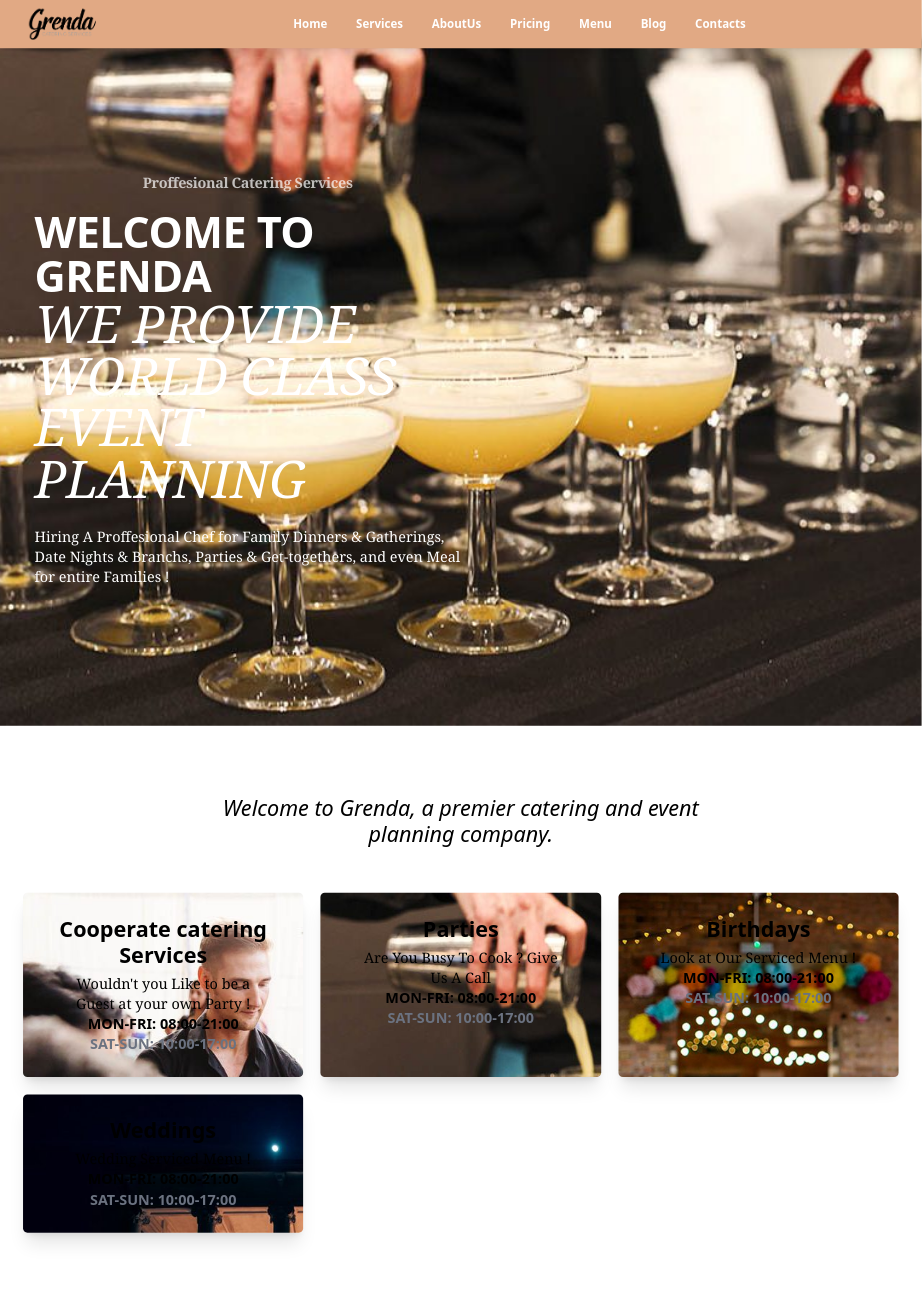
Repository: remydev47/grandes-events
Page: /
The author's editor kept a copy of each file at every save. The page is drawn from the files as they stood at one save, then again after the next save.
The browser window is 1280 px wide. The pictures show the whole page, at 72% of full size.
The project was rebuilt for these pictures with package versions that can differ from the ones it lists, and the page was loaded fresh each time. Also part of the build but not shown: vite.config.js.

Above is the page before, as saved 2023-02-08 15:39:24.

### index.html
<!DOCTYPE html>
<html lang="en">
  <head>
    <meta charset="UTF-8" />
    <link rel="icon" type="image/svg+xml" href="/vite.svg" />
    <meta name="viewport" content="width=device-width, initial-scale=1.0" />
    <title>Grendas</title>
  </head>
  <body>
    <div id="root"></div>
    <script type="module" src="/src/main.jsx"></script>
  </body>
</html>

### src/App.jsx
import { useState } from 'react'
import reactLogo from './assets/react.svg'
import Hero from './components/Hero'
import Navbar from './components/Navbar'
import Services from './components/Services'

function App() {
  const [count, setCount] = useState(0)

  return (
   <div>
      <Navbar />
      <Hero />
      <Services />
   </div>
  )
}

export default App

### src/index.css
@import url("https://fonts.googleapis.com/css2?family=Epilogue:wght@400;500;600;700&display=swap");

@tailwind base;
@tailwind components;
@tailwind utilities;

### src/components/Hero.jsx
import React from 'react'
import { hero } from '../assets'

const Hero = () => {
  return (
    <section className='relative pt-48 pb-12 xl:pt-60 sm:pb-16 lg:pb-32 xl:pb-48 2xl:pb-56'>
    <div className="absolute inset-0">
     <img className="object-cover w-full h-full" src={hero} alt="" />
    </div>
   <div className='relative'>
    <div className="px-6 mx-auto sm:px-8 lg:px-12 max-w-7xl">
      <div className="w-full lg:w-2/3 xl:w-1/2">
        <h1 className="font-serif text-xl font-bold tracking-tight text-white text-opacity-70 text-center">Proffesional Catering Services</h1>
        <p className="mt-6 tracking-tighter text-[#FFF]">
          <span className="font-sans font-bold text-6xl">WELCOME TO GRENDA </span><br />
          <span className="font-serif italic font-BOLD text-7xl">WE PROVIDE WORLD CLASS EVENT PLANNING</span>
        </p>
        <p className="mt-8 font-erif text-xl font-serif text-[#fff]">
          Hiring A Proffesional Chef for Family Dinners & Gatherings, Date Nights & Branchs, Parties & Get-togethers, and even Meal for entire Families !
        </p>
      </div>
    </div>
   </div>
  </section>
  )
}

export default Hero

### src/components/Navbar.jsx
import React from 'react'
import { navLinks } from '../constants'
import Menupopover from './Menupopover'
import { logo } from '../assets'

const Navbar = () => {
  return (
    <header className="fixed inset-x-0 bg-[#e1a984] z-20 flex justify-between items-center py-2 px-2 shadow-lg dark:bg-slate-900 sm:py-3 sm:px-8">
      <div className='flex grow-0 basis-1/3 md:hidden'>
        <Menupopover />
      </div>

     <div className='flex grow-0 ml-2 justify-center md:justify-start'>
       <img src={logo} alt='user' className='w-[60%] h-[60%] object-contain' />
     </div>


     <ul className="list-none sm:flex hidden justify-center items-center flex-1">
     {navLinks.map((nav, index) => (
        <li
        key={nav.id}
        className={`font-bold cursor-pointer text-[16px
           ${index === navLinks.length - 1 ? 'mr-0' : 'mr-10'}
          text-white `}
        >
            <a>{nav.title}</a>
        </li>
      ))}
      </ul>

    </header>
  )
}

export default Navbar

### src/components/Services.jsx
import React from 'react'


const services =[
  {
    image:"",
    name:'',

  },
  {
    image:"",
    name:'',

  },
  {
    image:"",
    name:'',

  },
  {
    image:"",
    name:'',

  },
]

const Services = () => {
  return (
    <section className={` sm:py-16 lg:py-24`}>
      <div className="px-4 mx-auto max-w-7xl sm:px-6 lg:px-8">
       <div className="max-w-2xl mx-auto text-center">
         <h2 className="text-xl font-normal italic leading-tight text-black lg:text-3xl">
          Welcome to Grenda, a premier catering and event planning company.
         </h2>
       </div>

       <div className="grid max-w-md grid-cols-1 gap-6 mx-auto mt-8 text-center lg:max-w-full lg:mt-16 lg:grid-cols-3">

        <div className="overflow-hidden bg-[url('./src/assets/service1.jpeg')] shadow-xl border-gray-300 rounded-md">
          <div className="p-8 xl:px-12 flex flex-col items-center justify-center">
             <div className='flex flex-col'>
               <h1 className='text-3xl font-semibold text-black'>Cooperate catering Services</h1>
             </div>
             <h2 className='font-normal text-xl font-serif text-black text-center mt-2'>
               Wouldn't you Like to be a Guest at your own Party !
             </h2>
             <p className='text-xl text-black text-center font-bold'>
               MON-FRI: 08:00-21:00
             </p>
             <p className='text-xl text-gray-500 text-center font-bold'>
               SAT-SUN: 10:00-17:00
             </p>
          </div>
        </div>

        <div className="overflow-hidden bg-[url('./src/assets/hero.jpeg')] shadow-xl border-gray-300 rounded-md">
          <div className="p-8 xl:px-12 flex flex-col items-center justify-center">
             <div className='flex flex-col'>
               <h1 className='text-3xl font-semibold text-black'>Parties</h1>
             </div>
             <h2 className='font-normal text-xl font-serif text-black text-center mt-2'>
               Are You Busy To Cook ? Give Us A Call
             </h2>
             <p className='text-xl text-black text-center font-bold'>
               MON-FRI: 08:00-21:00
             </p>
             <p className='text-xl text-gray-500 text-center font-bold'>
               SAT-SUN: 10:00-17:00
             </p>
          </div>
        </div>

        <div className="overflow-hidden bg-[url('./src/assets/service3.jpeg')] shadow-xl border-gray-300 rounded-md">
          <div className="p-8 xl:px-12 flex flex-col items-center justify-center">
             <div className='flex flex-col'>
               <h1 className='text-3xl font-semibold text-black'>Birthdays</h1>
             </div>
             <h2 className='font-normal text-xl font-serif text-black text-center mt-2'>
               Look at Our Serviced Menu !
             </h2>
             <p className='text-xl text-black text-center font-bold'>
               MON-FRI: 08:00-21:00
             </p>
             <p className='text-xl text-gray-500 text-center font-bold'>
               SAT-SUN: 10:00-17:00
             </p>
          </div>
        </div>

        <div className="overflow-hidden bg-[url('./src/assets/service2.jpeg')] shadow-xl border-gray-300 rounded-md">
          <div className="p-8 xl:px-12 flex flex-col items-center justify-center">
             <div className='flex flex-col'>
               <h1 className='text-3xl font-semibold text-black'>Weddings</h1>
             </div>
             <h2 className='font-normal text-xl font-serif text-black text-center mt-2'>
               Wedding Serviced Menu !
             </h2>
             <p className='text-xl text-black text-center font-bold'>
               MON-FRI: 08:00-21:00
             </p>
             <p className='text-xl text-gray-500 text-center font-bold'>
               SAT-SUN: 10:00-17:00
             </p>
          </div>
        </div>



       </div>
      </div>
    </section>
  )
}

export default Services

### src/assets/index.js
import menu from './menu.svg';
import logo from './logo3.png';
import close from './close.svg';
import hero from './hero.jpeg';
import service1 from './service1.jpeg';
import service2 from './service2.jpeg';
import service3 from './service3.jpeg'

export{
    menu, logo, close, hero, service1, service2, service3
}

### src/constants/index.js
export const navLinks=[
    {
        id:"home",
        title:"Home",
    },
    {
        id:"services",
        title:"Services",
    },
    {
        id:"AboutUs",
        title:"AboutUs",
    },
    {
        id:"pricing",
        title:"Pricing",
    },
    {
        id:"menu",
        title:"Menu",
    },
    {
        id:"blog",
        title:"Blog",
    },
    {
        id:"contacts",
        title:"Contacts",
    },
]

### src/components/Menupopover.jsx
import React, { useState } from 'react'
import { navLinks } from '../constants'
import { logo, menu } from '../assets'

const Menupopover = () => {
    const [toggleDrawer, setToggleDrawer] = useState(false);

  return (
    <div className='sm:hidden flex justify-between
     items-center relative'>
      <div className='w-[40px] h-[40px] rounded-[10px] bg-[#e1a984] flex
          justify-center items-center cursor-pointer'>
              {/* <img src={logo} alt='user' className='w-[60%] h-[60%] object-contain' /> */}
      </div>
      <img
        src={menu}
        alt="menu"
        className='w-[34px] h-[34px] object-contain cursor-pointer'
        onClick={() => setToggleDrawer((prev) => !prev)}
      />
      <div className={`fixed top-[60px] bg-[#e1a984] w-full max-w-xs
       ${!toggleDrawer ? '-translate-y-[100vh]' : 'translate-y-0'} transition-all duration-700`}>
        <ul className='list-none flex flex-col justify-end items-center flex-1'>
          {navLinks.map((nav, index) => (
             <li
              key={nav.id}
              className={`font-bold cursor-pointer text-[16px]
              mt-2 border-t border-slate-200 py-4 dark:border-slate-600
              ${index === navLinks.length - 1 ? 'mr-0' : 'mb-4'}
               text-white `}
             >
                 <a>{nav.title}</a>
             </li>
          ))}
        </ul>
       </div>
   </div>
  )
}

export default Menupopover

const styles = {
  container:`fixed top-0 bottom-0 left-0 w-full max-w-xs rounded-r-xl bg-[#e1a984] p-6 shadow-lg dark:bg-gray-800`,
  container2:`absolute top-[60px] right-0 left-0 bg-[#e1a984] z-10 shadow-secondary py-4`
}

### tailwind.config.cjs
/** @type {import('tailwindcss').Config} */
module.exports = {
  content: [
    "./index.html",
    "./src/**/*.{js,ts,jsx,tsx}",
  ],
  theme: {
    extend: {
      backgroundImage: {
        'bg-1': "url('./src/assets/service1.jpeg')",
        'bg-2': "url('./src/assets/hero.jpeg')",
        'bg-3': "url('./src/assets/service2.jpeg')",
        'bg-4': "url('./src/assets/service3.jpeg')",
      },
      fontFamily: {
        epilogue: ['Epilogue', 'sans-serif'],
      },
      boxShadow: {
        secondary: '10px 10px 20px rgba(2, 2, 2, 0.25)',
      },
    },
  },
  plugins: [],
}

Loaded but not shown: src/main.jsx (common file)

After the next save:
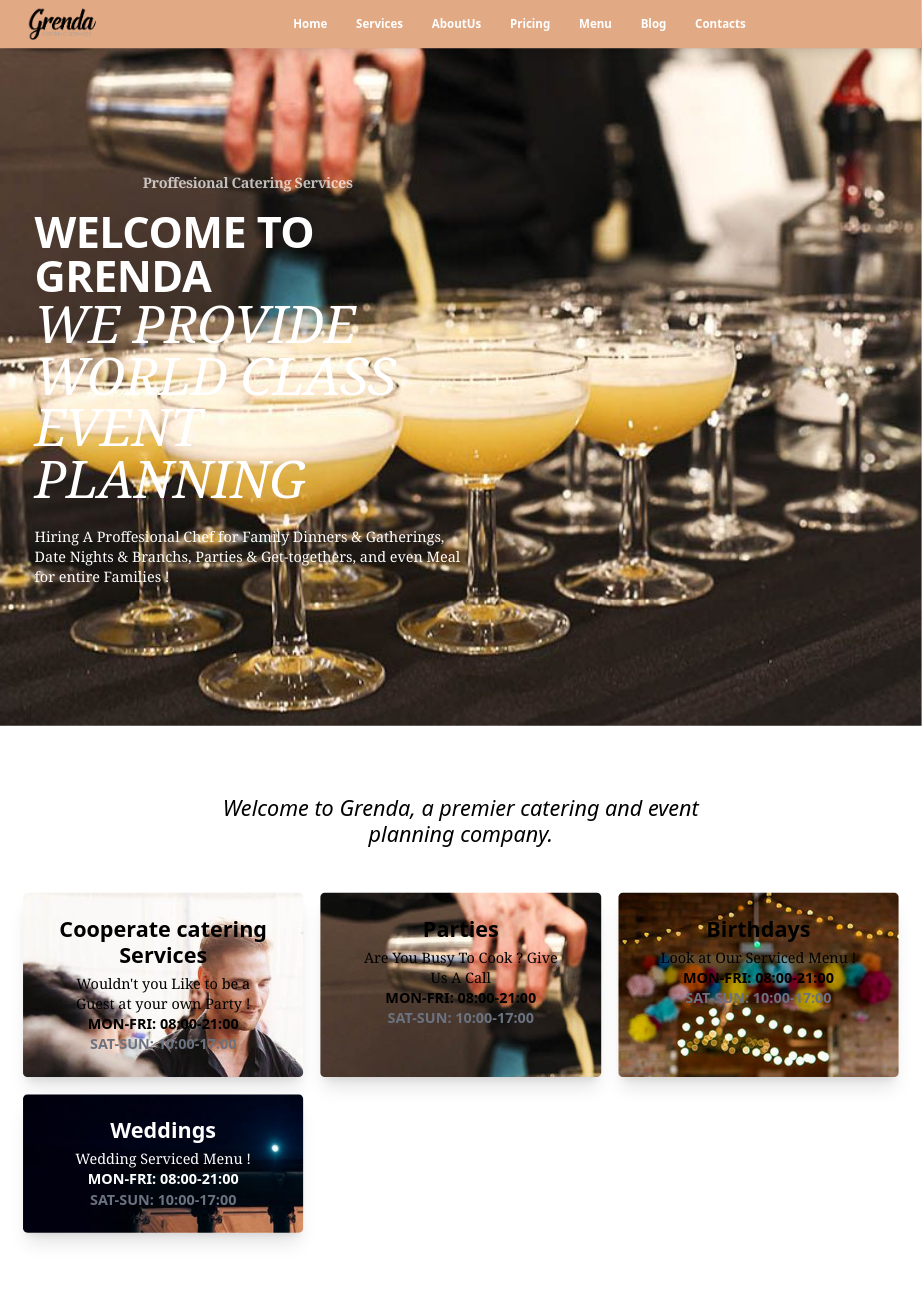
Saved 64 s later.
--- a/src/components/Services.jsx
+++ b/src/components/Services.jsx
@@ -90,12 +90,12 @@ const Services = () => {
         <div className="overflow-hidden bg-[url('./src/assets/service2.jpeg')] shadow-xl border-gray-300 rounded-md">
           <div className="p-8 xl:px-12 flex flex-col items-center justify-center">
              <div className='flex flex-col'>
-               <h1 className='text-3xl font-semibold text-black'>Weddings</h1>
+               <h1 className='text-3xl font-semibold text-white'>Weddings</h1>
              </div>
-             <h2 className='font-normal text-xl font-serif text-black text-center mt-2'>
+             <h2 className='font-normal text-xl font-serif text-white text-center mt-2'>
                Wedding Serviced Menu !
              </h2>
-             <p className='text-xl text-black text-center font-bold'>
+             <p className='text-xl text-white text-center font-bold'>
                MON-FRI: 08:00-21:00
              </p>
              <p className='text-xl text-gray-500 text-center font-bold'>
